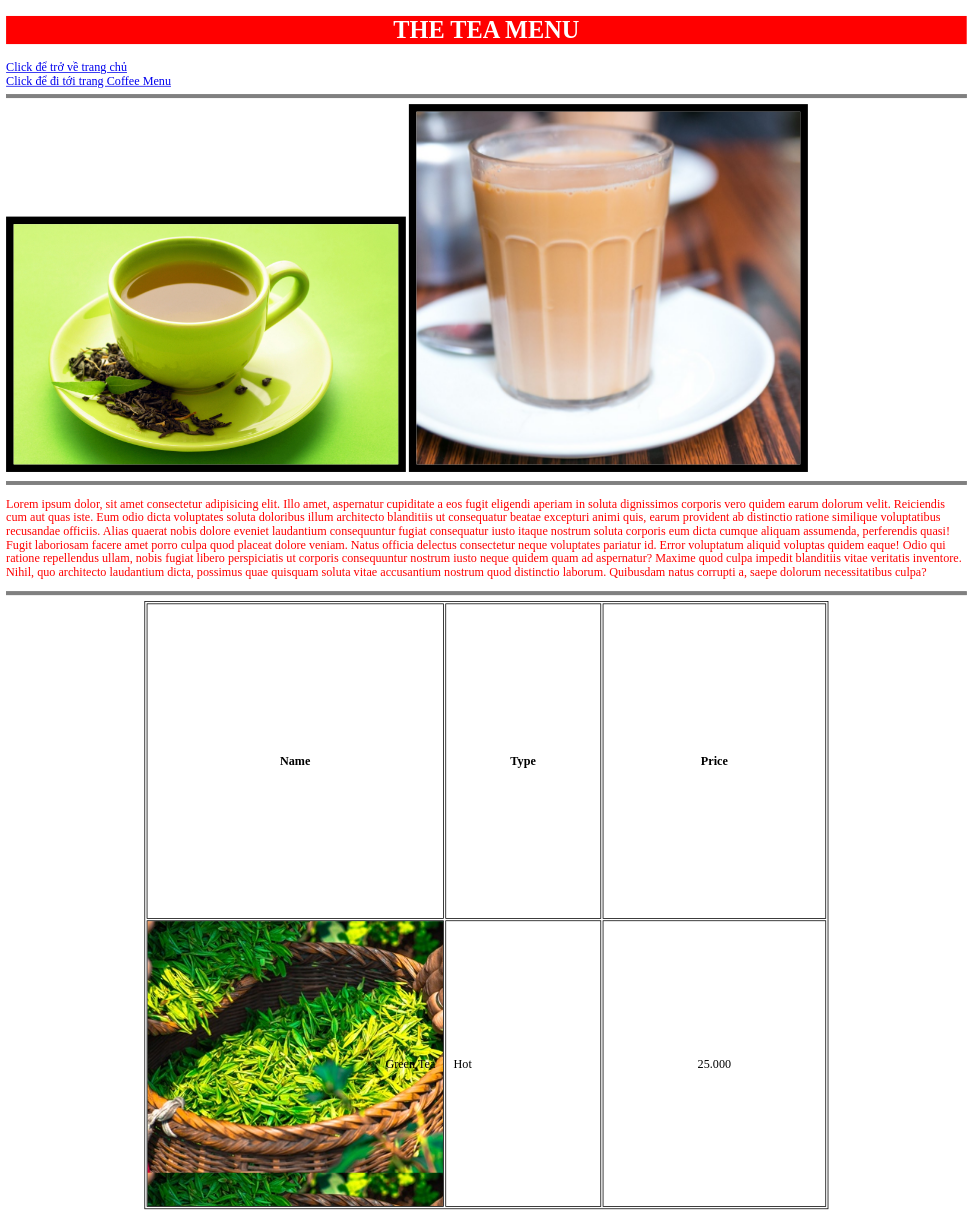
Repository: giahuy405/HomeWork_Coffee
Page: tea.html
These files come from the project's save history. The page is drawn as it stood at one moment and after the next save; the edit follows.
The browser window is 1280 px wide. The pictures show the whole page, at 76% of full size.

Above is the page before, as saved 2022-09-07 11:37:00.

After the next save:
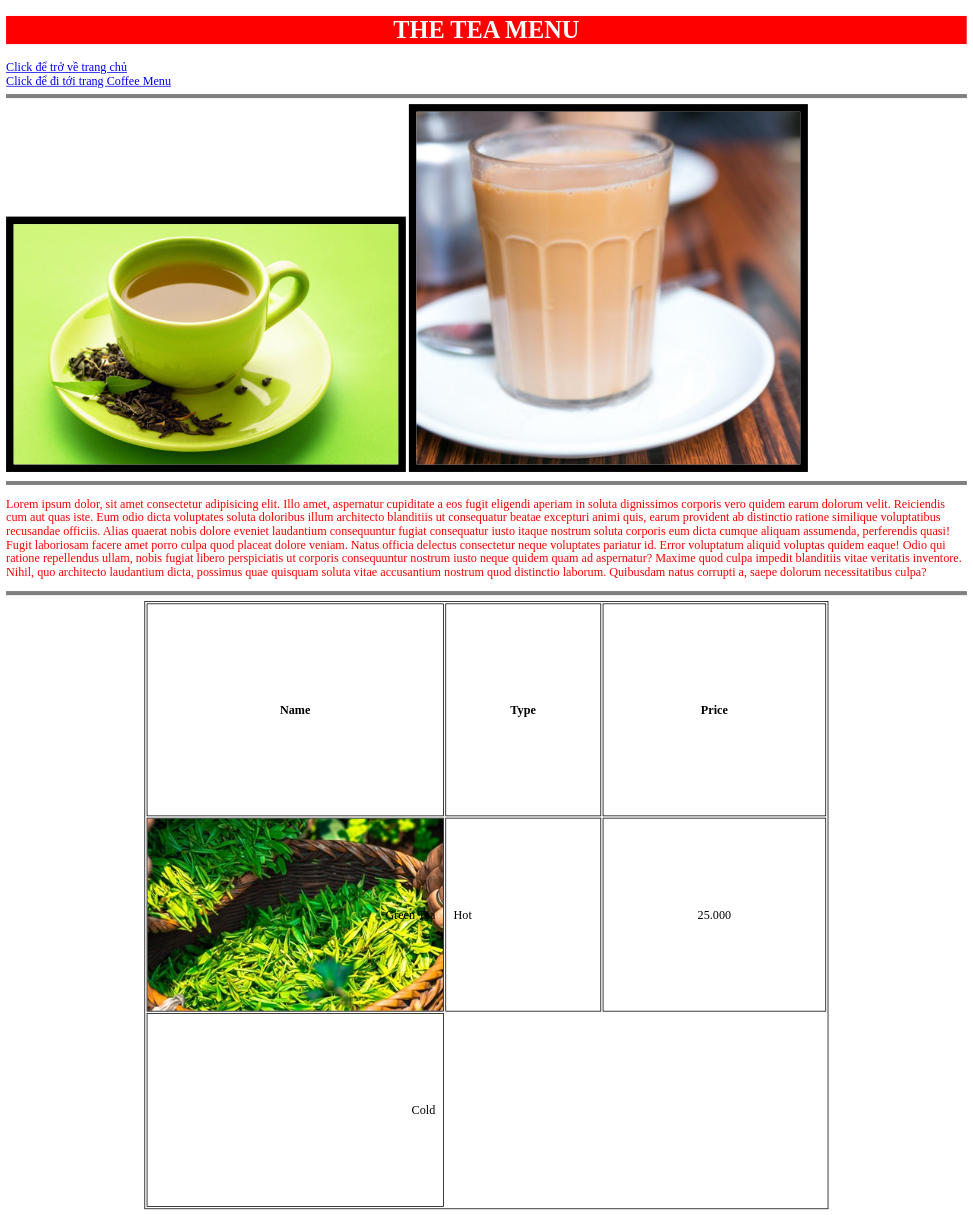
Saved 2 min 17 s later.
--- a/tea.html
+++ b/tea.html
@@ -33,6 +33,9 @@
             <td>Hot</td>
             <td style="text-align: center;">25.000</td>
         </tr>
+        <tr>
+            <td style="text-align: right;">Cold</td>
+        </tr>
     </table>
 </body>
 </html>

After the save that followed:
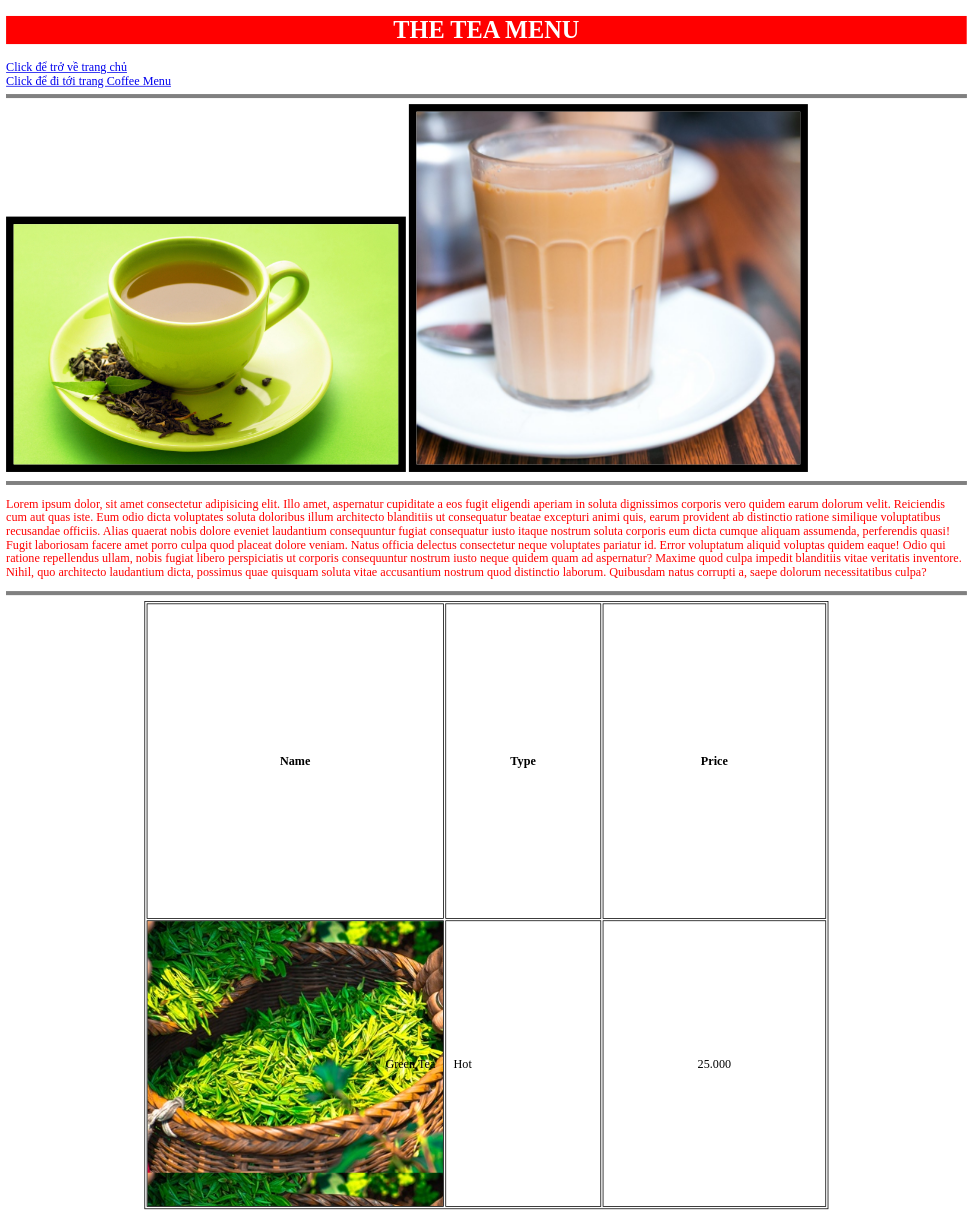
Saved 24 s later.
--- a/tea.html
+++ b/tea.html
@@ -33,9 +33,7 @@
             <td>Hot</td>
             <td style="text-align: center;">25.000</td>
         </tr>
-        <tr>
-            <td style="text-align: right;">Cold</td>
-        </tr>
+
     </table>
 </body>
 </html>
